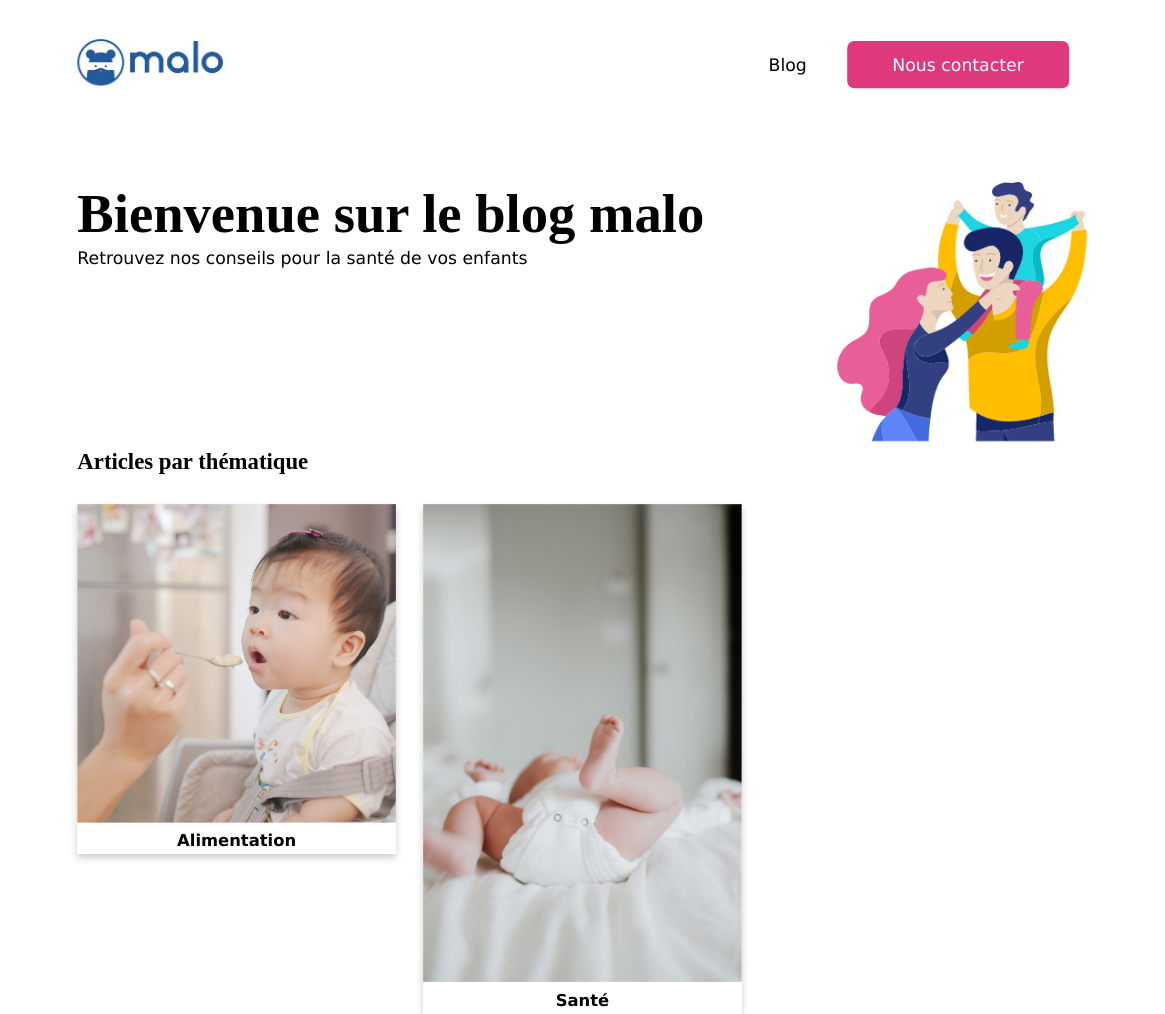
Repository: carbone-dev/keli-malo
Page: blog.html
These files come from the project's save history. The page is drawn as it stood at one moment and after the next save; the edit follows.
The browser window is 1280 px wide. The pictures show the whole page, at 91% of full size.

Above is the page before, as saved 2020-12-09 14:16:03.

### blog.html
<!DOCTYPE html>
<html lang="en">

<head>
    <meta charset="UTF-8">
    <meta name="viewport" content="width=device-width, initial-scale=1.0">
    <title>Document</title>
    <link rel="stylesheet" type="text/css" href="css/style.css">
    <link rel="stylesheet" type="text/css" href="css/header.css">
    <link rel="stylesheet" type="text/css" href="css/grid.css">
    <link rel="stylesheet" type="text/css" href="css/blog.css">
</head>

<body>
    <div class="container">

        <div class="header row align-items-center">
            <div class="col-6 col-md-2 ">
                <img class='img-full-width ' src="img/logo.png">
            </div>
            <div class="menu col-6 col-md-10 right d-none d-md-block ">
                <a href="#">Blog</a>
                <a href="#" class="boutton-1">Nous contacter</a>
            </div>
            <div class="menu col-6 col-md-10 right d-md-none d-sm-block">
                <a href="#nav-mobile">
                    <img src="img/burger.png" alt="">
                </a>
            </div>

            <div id="nav-mobile" class="modaloverlay">
                <div class="modal">
                    <div class="row">
                        <div class="col-6">
                            <img class='img-full-width ' src="img/logo.png">
                        </div>
                        <div class="menu col-6 right">
                            <a href="#close" class="close">
                                <img src="img/close.png" alt="">
                            </a>
                        </div>
                    </div>
                    <div class="row align-items-center center modal-content">
                        <div class="col-12">
                            <a href="#">Blog</a>
                        </div>
                        <div class="col-12">
                            <a href="#" class="boutton-1">Nous contacter</a>
                        </div>
                        <div class="col-12">
                            <a href="#"><img src="img/instagram.png"></a>
                            <a href="#"><img src="img/linkedin.png"></a>
                            <a href="#"><img src="img/facebook.png"></a>
                        </div>
                    </div>
                </div>
            </div>
        </div>

        <div class="top-section row">
            <div class="col-12 col-md-8 t-responsive">
                <h1>
                    Bienvenue sur le blog malo
                </h1>
                <p>Retrouvez nos conseils pour la santé de vos enfants</p>
            </div>
            <div class="col-12 col-md-4 right t-responsive">
                <img src="img/blog-header-image.png" alt="blog-header-image">
            </div>
        </div>

        <div class="section ">
            <h3>Articles par thématique</h3>
            <div class="row">
                <div class="col-md-4">
                    <div class="card">
                        <img src="img/blog-theme-1.jpg" alt="Avatar" style="width:100%">
                        <div class="card-content">
                            <p class="card-title">Alimentation</p>
                        </div>
                    </div>
                </div>
                <div class="col-md-4">
                    <div class="card">
                        <img src="img/blog-theme-2.jpg" alt="Avatar" style="width:100%">
                        <div class="card-content">
                            <p class="card-title">Santé</p>
                        </div>
                    </div>
                </div>
            </div>
        </div>



    </div>

</body>

</html>

### css/style.css
body {
  margin: 0;
}

.img-full-width {
  width: 100%;
}

.top-section{
  margin-top: 100px;
}

#container {
  margin: 2% 7%;
}

.t-responsive{
  text-align: left;
}

@media only screen and (min-width: 1367px) and (max-width: 1600px) {
  #container {
    margin: 2% 8%;
  }
}
@media only screen and (min-width: 1601px) and (max-width: 1920px) {
  #container {
    margin: 2% 20%;
  }
}
@media only screen and (min-width: 1921px) and (max-width: 9000px) {
  #container {
    margin: 2% 30%;
  }
}

/*-------UNI------*/

.box-shadow {
  padding: 20px 20px 15px 20px;
  background-color: white;
  box-shadow: 0px 0px 30px rgb(26, 90, 157, 0.1);
  margin: 20px 0;
  border-radius: 15px;
}
h1,
h2,
h3,
h5,
h6 {
  font-family: montserrat;
  font-weight: bold;
  margin: 0;
}
h1 {
  font-size: 60px;
  line-height: 70px;
}
h2 {
  font-size: 50px;
  line-height: 50px;
}
h3 {
  font-size: 25px;
  line-height: 35px;
  margin-bottom: 30px;
}
h5 {
  color: #1a5a9d;
  line-height: 20px;
  font-size: 20px;
}
h6 {
  line-height: 20px;
  font-size: 16px;
}

a,
p {
  margin: 0;
  text-decoration: none;
  font-family: verdana;
  font-size: 19px;
  color: black;
  font-weight: normal;
  line-height: 27px;
}
span {
  font-size: 13px;
}
li {
  font-family: verdana;
  font-size: 14px;
  color: black;
  line-height: 23px;
}
ul {
  padding-left: 15px;
}

.boutton-1 {
  color: white;
  background-color: #de397c;
  padding: 15px 50px;
  border-radius: 8px;
}
.boutton-contact {
  color: white;
  background-color: #de397c;
  padding: 15px 100px;
  border-color: #de397c;
  border-radius: 8px;
  outline: none;
  margin: 10px;
  font-size: 20px;
  border-style: none;
}

.img-boutton {
  margin-top: 5%;
}
.img-boutton a {
  margin-right: 20px;
}
.quote {
  width: 20px;
  height: 20px;
}
.formulaire {
  border: 2px solid;
  border-radius: 8px;
  outline: none;
  margin: 10px;
  font-size: 20px;
  padding: 15px;
}

/*-------header------*/
.menu a {
  margin: 0 20px;
}
/*-------le heros------*/
.le-heros {
  margin-top: 5%;
  background-image: url(../img/bg-le-heros.png);
  background-size: 100%;
  background-repeat: no-repeat;
  padding-bottom: 7%;
}
.img-le-heros {
  display: none;
}

/*-------malo-c-est-quoi------*/

.malo-c-est-quoi {
  margin-top: 10%;
}
.contenu-malo-c-est-quoi {
  margin: 10% 3%;
}
/*-------malo-VIDEO------*/

.expert
{
	margin-top: 15%;
}
.expert h1
{
	margin-bottom: 5%
}
#play-vid-2
	{
		position: absolute;
		right:70%;
		z-index: 0;
	}
.expert-video
{
	background-image: url(../img/bg-video-2.png);
	background-size: contain;
	background-repeat: no-repeat;
	text-align: left;
	padding: 20px 0;
}
.expert-video video
{
	width: 530px;
    border-radius:20px;
    outline-style: none;
    margin-left: 30px;
}



/*------CAROUSEL------*/
.les-parents
{
	margin-top: 10%;
}
.carousel
{
	background-image: url(../img/bg-carousel.png);
	background-size:100% 100%;
	background-repeat: no-repeat;
	padding:10px;
}
.slide
{
	padding-bottom: 50px;
	margin:2%;

}
.img-profil
{
	margin-right: 20px;
	margin-bottom: 30px;

}
.fade {
  -webkit-animation-name: fade;
  -webkit-animation-duration: 1.5s;
  animation-name: fade;
  animation-duration: 1.5s;
}

@-webkit-keyframes fade {
  from {
    opacity: 0.4;
  }
  to {
    opacity: 1;
  }
}

@keyframes fade {
  from {
    opacity: 0.4;
  }
  to {
    opacity: 1;
  }
}
/* Next & previous buttons */

.fleche
{
	text-align: right;
	position: relative;
	top: -50px;
}
.prev {
  color: gray;
}
.prev,
.next {
  cursor: pointer;
  width: auto;
  padding: 20px;
  font-weight: bold;
  font-size: 40px;
  transition: 0.6s ease;
  border-radius: 0 3px 3px 0;
  user-select: none;
}

/*-------BLOG-MALO------*/
.decouvrir-le-blog {
  justify-content: center;
  margin-top: 10%;
}
.bg-decouvrir {
  background-image: url(../img/bg-decouvrir.png);
  background-size: 100%;
  background-repeat: no-repeat;
  padding-bottom: 5%;
}

.decouvrir-left {
  width: 70%;
}
.decouvrir-left-1 {
  width: 50%;
  margin: 10px;
}
.decouvrir-left-2 {
  width: 50%;
  margin: 10px;
}
.decouvrir-right {
  width: 30%;
  text-align: right;
  margin-top: 50px;
}
.sommeil {
  width: 30%;
}
.alimentation {
  width: 60%;
}

/*-------POPUP------*/
.popup {
  margin-top: 10%;
}
.popup img {
}
.contenu-popup {
  background-color: #1a5a9d;
  border-radius: 20px;
  align-items: center;
  padding: 60px;
}
.titre-popup {
  width: 50%;
  color: white;
  margin: 0;
}

.formulaire-popup {
  width: 50%;
  color: white;
}
.mail-popup {
  border-color: white;
  background-color: rgb(0, 0, 0, 0);
  color: white;
  font-family: montserrat;
  font-weight: bold;
}
.mail-popup::placeholder {
  color: white;
}
.boutton-popup {
  border-color: white;
  background-color: white;
  padding: 15px 30px;
  font-family: montserrat;
  font-weight: bold;
  color: #de397c;
  cursor: pointer;
}

/*-------CONTACT------*/
.contactez-nous {
  margin-top: 10%;
}
.contenu-contact {
  width: 50%;
}
.contenu-contact p {
  line-height: 50px;
  margin: 20px;
}
.contenu-contact h3 {
  margin-bottom: 10px;
}
.contenu-contact a {
  margin-right: 20px;
}
.formulaire-contact {
  width: 50%;
  background-image: url(../img/bg-formulaire-contact.png);
  background-repeat: no-repeat;
  background-size: 100%;
}
.bg-contact {
  padding: 10px;
  background-color: white;
  margin: 30px;

  box-shadow: 0px 0px 30px rgb(26, 90, 157, 0.1);
  border-radius: 15px;
}
.form-2 {
  width: 200px;
  border-color: #d8d8d8;
  color: black;
}
.form-1 {
  width: 460px;
}
.contact-text {
  border-color: #d8d8d8;
  font-family: montserrat;
}
.contact-text::placeholder {
  color: black;
  border-color: #d8d8d8;
  font-family: arial;
}

/*-------il nous soutien------*/

.il-nous-soutiennent {
  margin-top: 10%;
}

.il-nous-soutiennent h1 {
  margin-left: 20%;
}

/*-------footer------*/
.footer {
  margin-top: 10%;
  background-color: #1a5a9d;
}
.logo-popup {
  padding: 40px;
  margin: 0;
}
.logo-boutton {
  width: 50%;
}
.popup-icon {
  width: 45%;
}
.news-letter h3 {
  margin-bottom: 0;
  font-weight: normal;
  color: black;
}
.suivez-footer h3 {
  margin-bottom: 10px;
  font-weight: normal;
  color: white;
}
.suivez-footer a {
  margin-right: 20px;
}
.mail-footer {
  color: #d8d8d8;
  border-color: #d8d8d8;
}
.mail-footer::placeholder {
  color: #d8d8d8;
  border-color: #d8d8d8;
}
.boutton-footer {
  color: white;
  background-color: #de397c;
  border-color: #de397c;
  padding: 15px 40px;
  cursor: pointer;
}

.menu-footer {
  background-color: #0f3c6b;
  margin: 0;
  padding: 20px;
}
.menu-footer li {
  list-style: none;
}
.menu-footer a,
.menu-footer span {
  color: white;
  margin: 30px;
}

/*-------G R I D------*/

/* .row {
  display: flex;
  align-items: center;
  flex-wrap: wrap;
}

.col-sm-10 {
  width: 100%;
}
.col-sm-9 {
  width: 90%;
}
.col-sm-8 {
  width: 80%;
}
.col-sm-7 {
  width: 70%;
}
.col-sm-65 {
  width: 65%;
}
.col-sm-6 {
  width: 60%;
}
.col-sm-55 {
  width: 55%;
}
.col-sm-5 {
  width: 50%;
}
.col-sm-45 {
  width: 45%;
}
.col-sm-4 {
  width: 40%;
}
.col-sm-35 {
  width: 35%;
}
.col-sm-3 {
  width: 30%;
}
.col-sm-2 {
  width: 20%;
}
.col-sm-1 {
  width: 10%;
}

.col-10 {
  width: 100%;
}
.col-9 {
  width: 90%;
}
.col-8 {
  width: 80%;
}
.col-7 {
  width: 70%;
}
.col-65 {
  width: 65%;
}
.col-6 {
  width: 60%;
}
.col-55 {
  width: 55%;
}
.col-5 {
  width: 50%;
}
.col-45 {
  width: 45%;
}
.col-4 {
  width: 40%;
}
.col-35 {
  width: 35%;
}
.col-3 {
  width: 30%;
}
.col-2 {
  width: 20%;
}
.col-1 {
  width: 10%;
} */

.center {
  justify-content: center;
  text-align: center;
  align-items: center;
}
.left {
  text-align: left;
  justify-content: center;
  align-items: center;
}
.right {
  text-align: right;
  justify-content: center;
  align-items: center;
}

/*-------MEDIA ------*/





	@media only screen and (min-width: 107px) and (max-width: 480px)
{
  .top-section{
    margin-top: 35px;
  }

  .t-responsive{
    text-align: center;
  }

	.col-reverse
	{
		display: flex;
		flex-wrap: wrap;
		flex-direction: column-reverse;
		align-items: center;
	}
	.box-shadow
	{
		padding:5px;
		box-shadow: 0px 0px 20px rgb(26, 90, 157,0.1);
		margin: 20px 0;
		border-radius: 5px;

	}
	#container
	{
		margin: 2% 10%;
		text-align: center;
	}
	.img-boutton img
	{
		width: 40% !important;
	}

	h1, h2, h3
	{
		font-size: 28px !important;
		line-height: 35px !important;
		margin-bottom: 1%;
	}
	h5
	{
		line-height: 19px;
		font-size: 16px;
	}
	h6
	{
		line-height: 20px;
		font-size: 16px;
	}
	a, p, span
	{
		font-size:15px !important;
		line-height: 23px !important;
		margin-bottom: 1%;
	}

	li
	{
		font-family: verdana;
		font-size:14px;
		color:black;
		line-height: 23px;
	}
	ul
	{
		padding-left:15px;
	}

/*-------LE HEROS------*/


	.le-heros-right
	{
		display: none;
	}
	.img-le-heros
	{
		display:initial !important;
	}
	.le-heros
	{
		background-image: inherit;
	}
	.le-heros img
	{
		width: 60%;
		margin-top: 5%;
	}

	/*-------malo-VIDEO------*/

	.malo-video
	{
		background-image:none;
		padding: 0;
	}
	.titre-video-1
	{
		background-image: url(../img/bg-malo-phone.png);
		background-size:100%;
		background-repeat: no-repeat;
		padding-bottom: 15%;
	}
	.titre-video-1 h3
	{
		text-align: left;
	}
	#play-vid
	{
		position: relative;
		right:-150px;
		top:-140px;
		z-index: 0;
	}
	.video-1
	{
		background-image: url(../img/bg-video-1.png);
		background-size:contain, cover;
		background-repeat: no-repeat;
		padding: 20px 0;
		text-align: center;
		margin: 0;
	}

	.video-1 video
	{
		width: 300px;
		border-radius: 10px;
	}


	/*-------malo-VIDEO------*/


#play-vid-2
	{
		position: relative;
		margin:0;
		right:-150px;
		top: -140px;
		z-index: 0;
	}
	.expert-video
	{
		background-image: url(../img/bg-video-2.png);
		text-align: center;
		padding: 10px 0;
	}
	.expert-video video
	{
		width: 300px;
	    border-radius:20px;
	    outline-style: none;
	    margin:0;
	}

			/*-------carousel------*/
	.carousel
	{
		background-image: url(../img/bg-carousel.png);
	}

	.fleche
	{
		text-align: right;
		position: relative;
		top: -50px;
	}

}

### css/header.css
.header{
    margin-top: 43px;
}

/* MODAL MOBILE */

.modaloverlay {
    background: rgba(0, 0, 0, 0.8);
    bottom: 0;
    left: 0;
    opacity: 0;
    pointer-events: none;
    position: fixed;
    right: 0;
    top: 0;
    -webkit-transition: opacity 400ms ease-in;
    -moz-transition: opacity 400ms ease-in;
    transition: opacity 400ms ease-in;
    z-index: -1;
    display: none;
  }
  .modaloverlay:target {
    display: block;
    opacity: 1;
    pointer-events: auto;
    z-index: 99999;
  }
  .modaloverlay .modal {
    background-color: white;
    height: 100%;
    position: relative;
    margin: 0 auto;
    padding-top: 43px;
    padding-left: 15px;
    overflow-y: scroll;
    -webkit-overflow-scrolling: touch;
  }
  @media (min-width: 60em) {
    .modaloverlay .modal {
      height: 75%;
      margin: 5% auto;
      max-height: 57em;
      max-width: 66em;
      width: 85%;
    }
  }
  .modaloverlay .modal > iframe,
  .modaloverlay .modal > div {
    border: none;
    width: 100%;
    /* height: 100%; */
  }
  .modaloverlay .close {
    position: relative;
    top: 10px;
  }

  .modal-content{
    height: 60%;
    padding-top: 160px;
  }

### css/blog.css
.card {
  box-shadow: 0 4px 8px 0 rgba(0, 0, 0, 0.2);
  transition: 0.3s;
  width: 100%;
}

.card:hover {
  box-shadow: 0 8px 16px 0 rgba(0, 0, 0, 0.2);
}

.card-content {
  padding: 2px 16px;
}

.card-title {
  font-family: verdana;
  font-size: 18px;
  font-weight: 900;
  text-align: center;
}

Loaded but not shown: css/grid.css (1420 lines, source omitted)

After the next save:
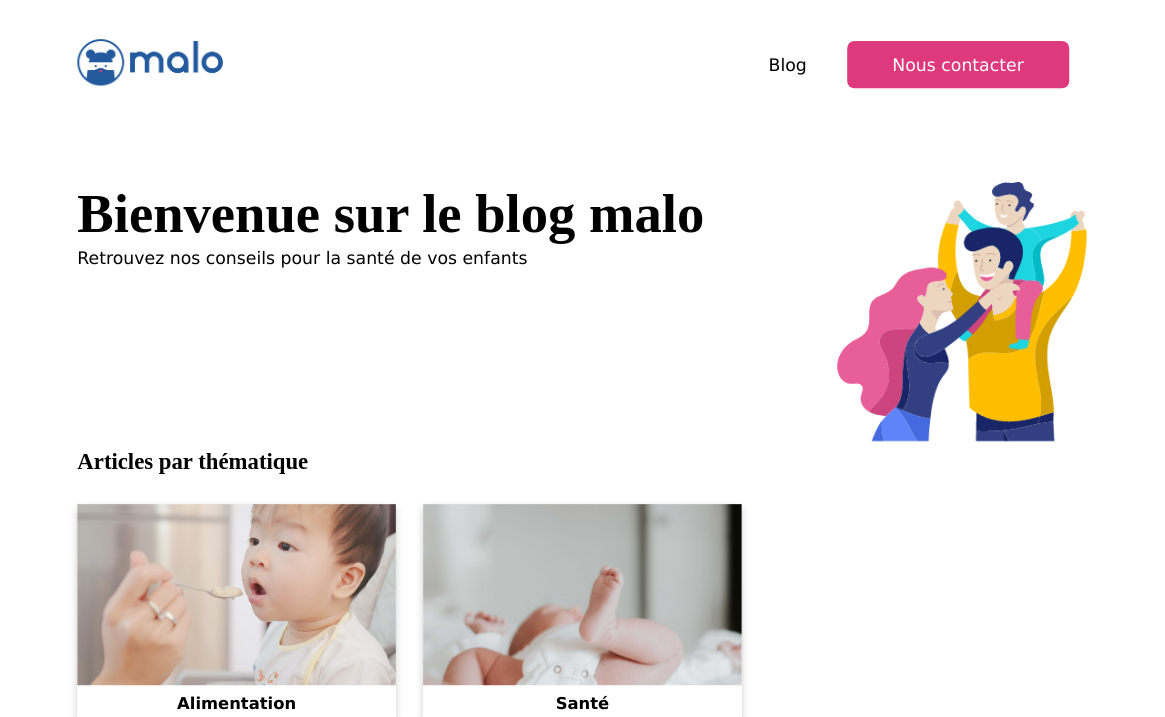
Saved 55 s later.
--- a/css/blog.css
+++ b/css/blog.css
@@ -2,6 +2,12 @@
   box-shadow: 0 4px 8px 0 rgba(0, 0, 0, 0.2);
   transition: 0.3s;
   width: 100%;
+}
+
+.card img{
+    width: 100%;
+    height: 199px;
+    object-fit: cover;
 }
 
 .card:hover {
